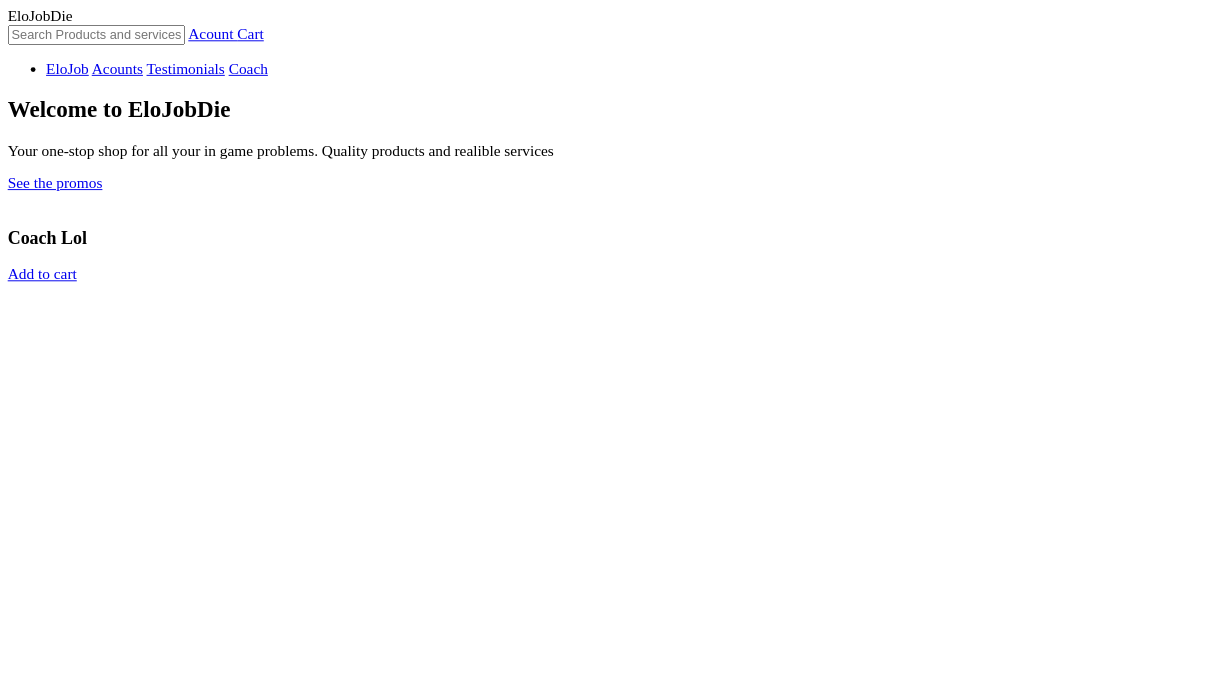
Repository: JustTheHero/web_online_store
Page: homePage.html
An editor plug-in stored every save of this project. The page is shown before and after the next save, followed by the edit.
The browser window is 1280 px wide. The pictures show the whole page, at 96% of full size.

Above is the page before, as saved 2025-04-24 09:27:46.

After the next save:
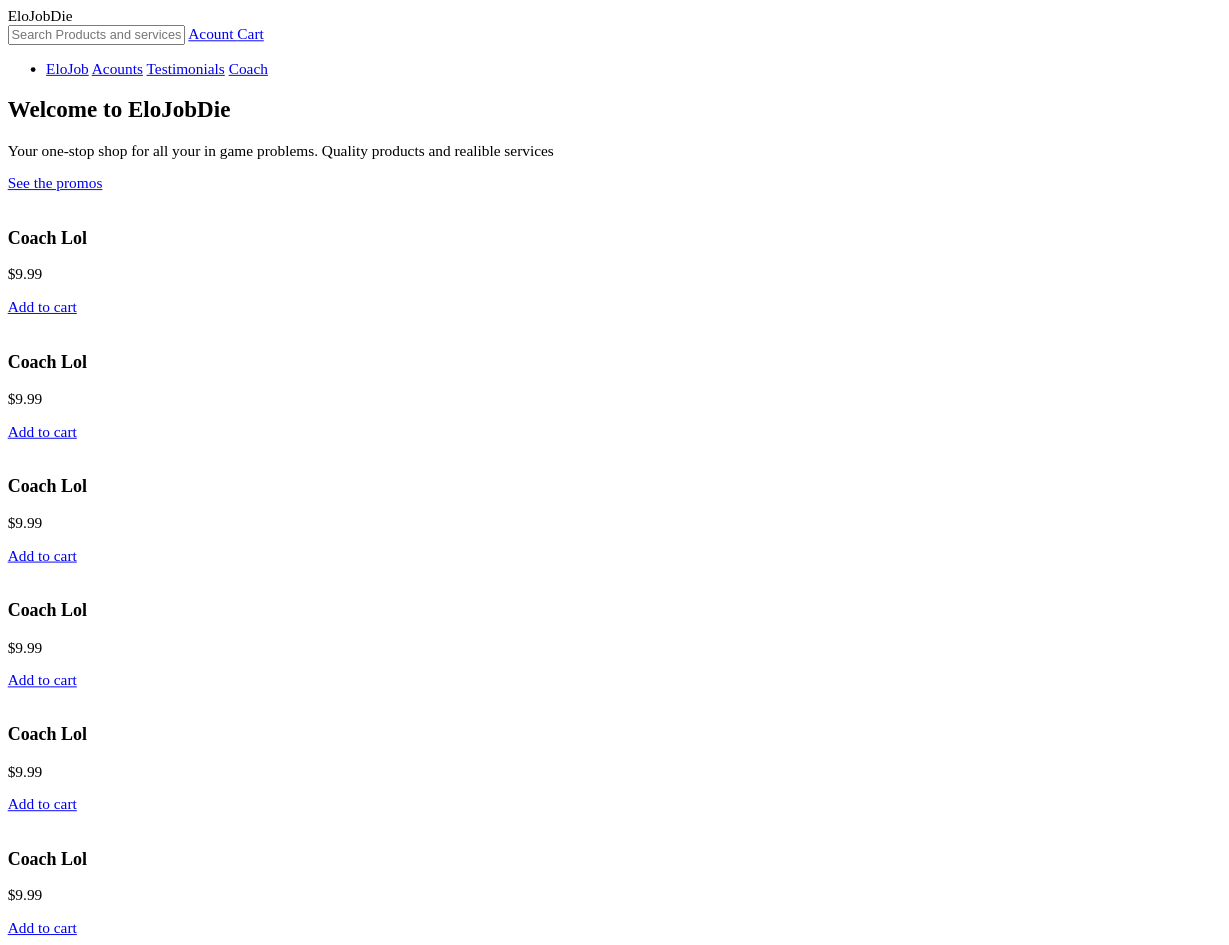
Saved 47 s later.
--- a/homePage.html
+++ b/homePage.html
@@ -54,7 +54,62 @@
                 </div>
                 <div class = "info_products">
                     <h3 class = "title_product">Coach Lol</h3>
-                    <p class = "price_product"></p>
+                    <p class = "price_product">$9.99</p>
+                    <a href="#add_to_cartc"class = "btn">Add to cart</a>
+                </div>
+               </div>
+            </div>
+               <div class = "card_products">
+                <div class = "image_products">
+                    <img src="" alt="">
+                </div>
+                <div class = "info_products">
+                    <h3 class = "title_product">Coach Lol</h3>
+                    <p class = "price_product">$9.99</p>
+                    <a href="#add_to_cartc"class = "btn">Add to cart</a>
+                </div>
+               </div>
+            </div>
+               <div class = "card_products">
+                <div class = "image_products">
+                    <img src="" alt="">
+                </div>
+                <div class = "info_products">
+                    <h3 class = "title_product">Coach Lol</h3>
+                    <p class = "price_product">$9.99</p>
+                    <a href="#add_to_cartc"class = "btn">Add to cart</a>
+                </div>
+               </div>
+            </div>
+               <div class = "card_products">
+                <div class = "image_products">
+                    <img src="" alt="">
+                </div>
+                <div class = "info_products">
+                    <h3 class = "title_product">Coach Lol</h3>
+                    <p class = "price_product">$9.99</p>
+                    <a href="#add_to_cartc"class = "btn">Add to cart</a>
+                </div>
+               </div>
+            </div>
+               <div class = "card_products">
+                <div class = "image_products">
+                    <img src="" alt="">
+                </div>
+                <div class = "info_products">
+                    <h3 class = "title_product">Coach Lol</h3>
+                    <p class = "price_product">$9.99</p>
+                    <a href="#add_to_cartc"class = "btn">Add to cart</a>
+                </div>
+               </div>
+            </div>
+               <div class = "card_products">
+                <div class = "image_products">
+                    <img src="" alt="">
+                </div>
+                <div class = "info_products">
+                    <h3 class = "title_product">Coach Lol</h3>
+                    <p class = "price_product">$9.99</p>
                     <a href="#add_to_cartc"class = "btn">Add to cart</a>
                 </div>
                </div>
